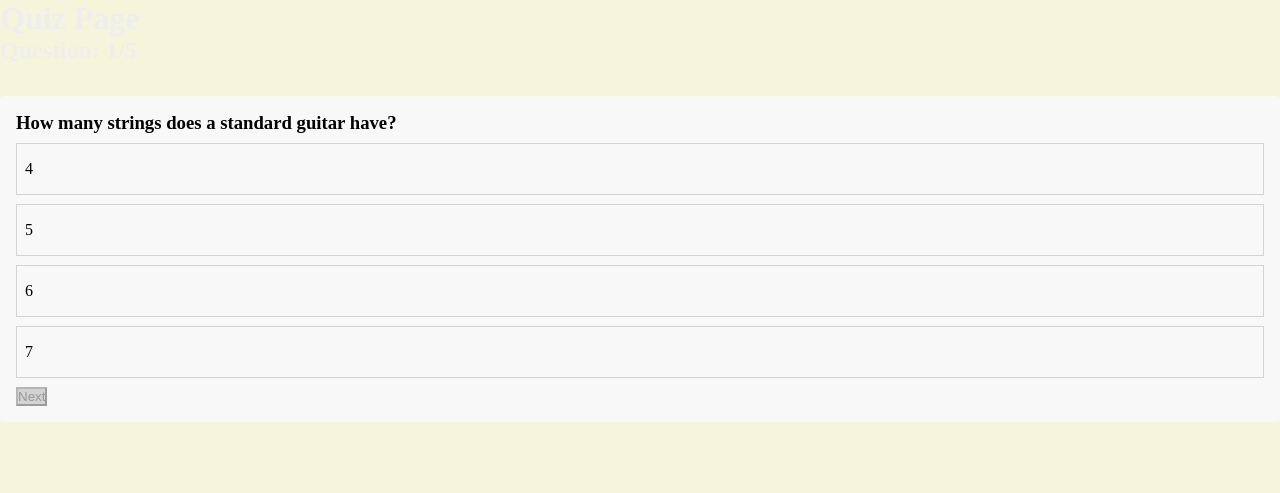
Repository: 1medi/pocketprof
Page: /quiz/page
The author's editor kept a copy of each file at every save. The page is drawn from the files as they stood at one save, then again after the next save.
The browser window is 1280 px wide. The pictures show the whole page.
Some web fonts or font styles are not loaded; a fallback is used. The project was rebuilt for these pictures with package versions that can differ from the ones it lists, and the page was loaded fresh each time. The framework's server and built-in components were replaced by stand-ins that run in the browser. Also part of the build but not shown: next.config.mjs.

Above is the page before, as saved 2024-04-07 00:13:06.

### pages/quiz/page.jsx
'use client';
import React, { useState } from 'react';
import { quiz } from "../data"
import styles from "./page.module.css"
import { Noto } from "next/font/google"

const notoSans = Noto({
  weight: '400', // Specify the desired weight, if necessary
  style: 'normal', // Specify the style, if necessary
  subsets: ['latin'] // Specify any subsets, if needed
});
export default function Page() {
  const [activeQuestion, setActiveQuestion] = useState(0);
  const [selectedAnswer, setSelectedAnswer] = useState('');
  const [checked, setChecked] = useState(false);
  const [selectedAnswerIndex, setSelectedAnswerIndex] = useState(null);
  const [showResult, setShowResult] = useState(false);
  const [result, setResult] = useState({
    score: 0,
    correctAnswers: 0,
    wrongAnswers: 0,
  });

  const { questions } = quiz;
  const { question, answers, correctAnswer } = questions[activeQuestion];

  const onAnswerSelected = (answer, idx) => {
    setChecked(true);
    setSelectedAnswerIndex(idx);
    if (answer === correctAnswer) {
      setSelectedAnswer(true);
      console.log('true');
    } else {
      setSelectedAnswer(false);
      console.log('false');
    }
  };

  // Calculate score and increment to next question
  const nextQuestion = () => {
    setSelectedAnswerIndex(null);
    setResult((prev) =>
      selectedAnswer
        ? {
            ...prev,
            score: prev.score + 5,
            correctAnswers: prev.correctAnswers + 1,
          }
        : {
            ...prev,
            wrongAnswers: prev.wrongAnswers + 1,
          }
    );
    if (activeQuestion !== questions.length - 1) {
      setActiveQuestion((prev) => prev + 1);
    } else {
      setActiveQuestion(0);
      setShowResult(true);
    }
    setChecked(false);
  };

  return (
    <div className={notoSans.container}>
      <h1 className={styles.title}>Quiz Page</h1>
      <div>
        <h2 className={styles.activeQ}>
          Question: {activeQuestion + 1}
          <span>/{questions.length}</span>
        </h2>
      </div>
      <div>
        {!showResult ? (
          <div className={styles.quizContainer}>
            <h3 className={styles.question}>{questions[activeQuestion].question}</h3>
            {answers.map((answer, idx) => (
              <li
                key={idx}
                onClick={() => onAnswerSelected(answer, idx)}
                className={`${styles.answerList} ${selectedAnswerIndex === idx ? styles.itemSelected : styles.itemHover}`}
              >
                <span>{answer}</span>
              </li>
            ))}
            {checked ? (
              <button onClick={nextQuestion} className={styles.btn}>
                {activeQuestion === question.length - 1 ? 'Finish' : 'Next'}
              </button>
            ) : (
              <button onClick={nextQuestion} disabled className={styles.btnDisabled}>
                {' '}
                {activeQuestion === question.length - 1 ? 'Finish' : 'Next'}
              </button>
            )}
          </div>
        ) : (
          <div className={styles.quizContainer}>
            <h3 className={styles.hthree}>Results</h3>
            <h3 className={styles.hthree}>Overall {(result.score / 25) * 100}%</h3>
            <p className={styles.paragraph}>
              Total Questions: <span>{questions.length}</span>
            </p>
            <p className={styles.paragraph}>
              Total Score: <span>{result.score}</span>
            </p>
            <p className={styles.paragraph}>
              Correct Answers: <span>{result.correctAnswers}</span>
            </p>
            <p className={styles.paragraph}>
              Wrong Answers: <span>{result.wrongAnswers}</span>
            </p>
            <button className={styles.btn} onClick={() => window.location.reload()}>Restart</button>
          </div>
        )}
      </div>
    </div>
  );
};

### styles/globals.css
:root {
background-color: beige;
align-content: center;
--main-color-purple: #8E71D5;
--main-color-lightpurple: #CCBFED;
--secondary-color-blue: #9AB7F9;
--secondary-color-lightblue: #CCE3FB;

--main-font: "mont", sans-serif;


}


* {
    padding: 0;
    margin: 0;
  }

  ol,
  ul {
    list-style: none;
  }

### pages/data.js
export const quiz = {
    totalQuestions: 5,
    questions: [
      {
        id: 1,
        question: 'How many strings does a standard guitar have?',
        answers: ['4', '5', '6', '7'],
        correctAnswer: '6',
      },
      {
        id: 2,
        question: 'Which part of the guitar do you strum or pluck the strings with?',
        answers: ['Headstock', 'Fretboard', 'Body', 'Bridge'],
        correctAnswer: 'Body',
      },
      {
        id: 3,
        question: 'What is a pick used for in playing the guitar?',
        answers: ['Holding the strings down', 'Strumming or plucking the strings', 'Keeping the guitar in tune', 'San Marino'],
        correctAnswer: 'Strumming or plucking the strings',
      },
      {
        id: 4,
        question: 'What is the name of the thickest string on the guitar?',
        answers: ['A string', 'E string', 'D string', 'G string'],
        correctAnswer: 'E string',
      },
      {
        id: 5,
        question: 'Where do you place your fingers to play different notes on the guitar?',
        answers: ['On the body', 'On the headstock', 'On the strings over the fretboard', 'On the tuning pegs'],
        correctAnswer: 'On the strings over the fretboard',
      },
    ],
  };

### pages/quiz/page.module.css
.html{
    font-family: "Noto", sans-serif;
}

.container{
    padding: 1rem;
    background-color: var(--secondary-color-lightblue);
  }

.title,
.activeQ{
    color: #eee;
  }

  .hthree {
    padding-bottom: 2rem;
    color: #000105;
    font-size: 1.8rem;
  }

  .btn {
    padding: 16px 8px;
    width: 100%;
    margin-top: 12px;
    font-size: 1rem;
    border-radius: 4px;
    cursor: pointer;
    background-color: #808080;
    color: #f8f8f8;
  }

  .btnDisabled {
    background-color: lightgray;
  }

  .answerList {
    list-style-type: none;
    cursor: pointer;
    margin: 9px 0;
    padding: 16px 8px;
    color: #000105;
    border: 1px solid lightgray;
  }

  .itemHover:hover {
    background-color: #d8d8d8;
    columns: #fff;
  }

  .itemSelected {
    color: #fff;
    background-color: #000925;
  }

  .container {
    max-width: 740px;
    width: 100%;
    margin: auto;
    padding: 1rem;
  }

  .quizContainer {
    background-color: #f8f8f8;
    padding: 1rem;
    margin-top: 2rem;
    border-radius: 4px;
  }

  .paragraph {
    padding: 8px 0;
  }

Loaded but not shown: pages/_app.js (common file); pages/_document.js (common file)

After the next save:
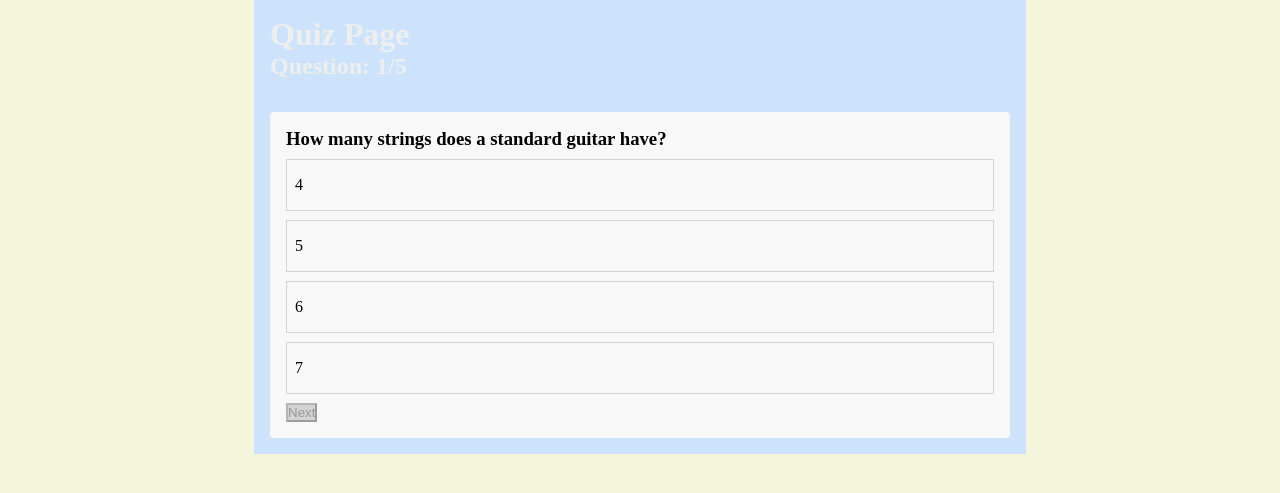
Saved 3 min 11 s later.
--- a/pages/quiz/page.jsx
+++ b/pages/quiz/page.jsx
@@ -61,7 +61,7 @@ export default function Page() {
   };
 
   return (
-    <div className={notoSans.container}>
+    <div className={`${notoSans.container} ${styles.container}`}>
       <h1 className={styles.title}>Quiz Page</h1>
       <div>
         <h2 className={styles.activeQ}>
